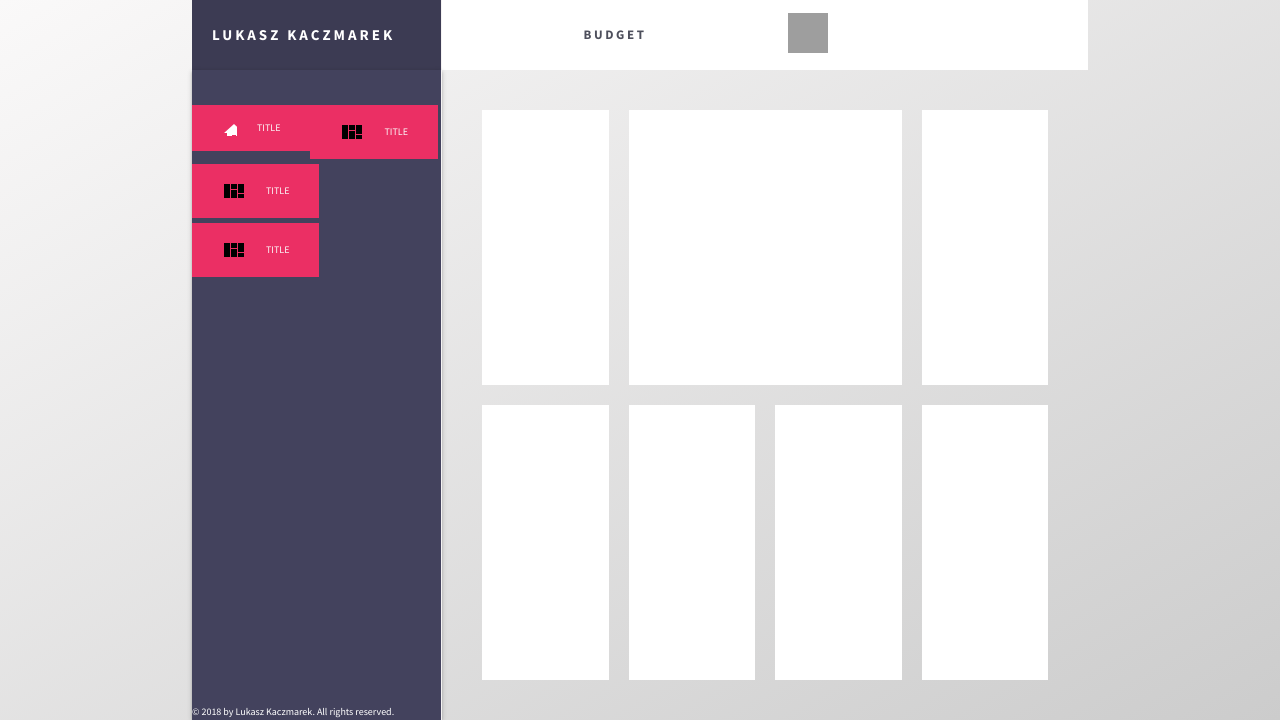
Repository: Archezi/BudgetApplication
Page: index.html
These files come from the project's save history. The page is drawn as it stood at one moment and after the next save; the edit follows.
The browser window is 1280 px wide. The pictures show the whole page.
Pictures or frames that could not be fetched are drawn as grey boxes. The style sheet was rebuilt from its Sass, Less or Tailwind sources for each picture, by a compiler version that may differ from the author's.

Above is the page before, as saved 2018-08-28 22:38:06.

### index.html
<!DOCTYPE html>
<html lang="en">
<head>
    <meta charset="UTF-8">
    <meta name="viewport" content="width=device-width, initial-scale=1.0">
    <meta http-equiv="X-UA-Compatible" content="ie=edge">
    <link href="https://fonts.googleapis.com/css?family=Source+Sans+Pro:300,400,700" rel="stylesheet">
    <!--Import Google Icon Font-->
    <link href="https://fonts.googleapis.com/icon?family=Material+Icons" rel="stylesheet">
    <!--Import materialize.css-->
    <link type="text/css" rel="stylesheet" href="css/materialize.min.css"  media="screen,projection"/>
    <!-- Website style.css-->
    <link rel="stylesheet" href="css/style.comp.css">

    <title>Budget Application</title>

</head>
<body>
   <div class="container">
        <header class="header">
            <div class="logo">
                <h1>Lukasz Kaczmarek</h1>
            </div>
            <div class="page_title">
                <h2>Budget</h2>
            </div>
            <div class="user-nav">
                <div class="user-nav__icon"></div>
                <div class="user-nav__profile">
                    <img src="https://source.unsplash.com/random/40x40" alt="">
                </div>
            </div>
        </header>

        <div class="content">
            <nav class="sidebar">
                <ul class="side-nav">
                    <li class="side-nav__item side-nav__item--active">
                        <a href="#" class="side-nav__link">
                                <svg class="side-nav__icon" style="width:15px;height:15px" viewBox="0 0 15 15">
                                    <path fill="#fff" d="M10,20V14H14V20H19V12H22L12,3L2,12H5V20H10Z" />
                                </svg>
                            <span>Title</span>
                        </a>
                    </li>
                    <li class="side-nav__item side-nav__item--active">
                        <a href="#" class="side-nav__link">
                            <svg class="side-nav__icon" style="width:24px;height:24px" viewBox="0 0 24 24">
                                <path fill="#000000" d="M2,5V19H8V5H2M9,5V10H15V5H9M16,5V14H22V5H16M9,11V19H15V11H9M16,15V19H22V15H16Z" />
                            </svg>
                            <span>Title</span>
                        </a>
                    </li>
                    <li class="side-nav__item side-nav__item--active">
                        <a href="#" class="side-nav__link">
                            <svg class="side-nav__icon" style="width:24px;height:24px" viewBox="0 0 24 24">
                                <path fill="#000000" d="M2,5V19H8V5H2M9,5V10H15V5H9M16,5V14H22V5H16M9,11V19H15V11H9M16,15V19H22V15H16Z" />
                            </svg>
                            <span>Title</span>
                        </a>
                    </li>
                    <li class="side-nav__item side-nav__item--active">
                        <a href="#" class="side-nav__link">
                            <svg class="side-nav__icon" style="width:24px;height:24px" viewBox="0 0 24 24">
                                <path fill="#000000" d="M2,5V19H8V5H2M9,5V10H15V5H9M16,5V14H22V5H16M9,11V19H15V11H9M16,15V19H22V15H16Z" />
                            </svg>
                            <span>Title</span>
                        </a>
                    </li>
                </ul>

                <div class="legal">
                    &copy; 2018 by Lukasz Kaczmarek. All rights reserved.
                </div>
            </nav>

            <div class="main">
                <div class="budget">
                    <div class="income-panel"> </div>
                    <div class="history-panel"></div>
                    <div class="expenses-panel"></div>
                </div>
                <div class="statistics">
                    <div class="net-profit-panel"></div>
                    <div class="tax-panel"></div>
                    <div class="savings-panel"></div>
                    <div class="projections"></div>

                </div>
            </div>

        </div>
   </div>

   <!-- Compiled and minified JavaScript -->
   <script src="https://cdnjs.cloudflare.com/ajax/libs/materialize/1.0.0-rc.2/js/materialize.min.js"></script>
</body>
</html>

### sass/main.scss
@import "base/reset";
@import "base/base";
@import "base/typography";

@import "abstracts/variables";
@import "components/mainComponent";
@import "components/layout";

### sass/base/_base.scss
:root {
    --color-primary: #eb2f64;
    --color-primary-light: #FF3366;
    --color-primary-dark: #BA265D;

    --color-background-dark: #3C3B53;
    --color-background-light: #43425D;

    --color-grey-light-1: #faf9f9;
    --color-grey-light-2: #f4f2f2;
    --color-grey-light-3: #f0eeee;
    --color-grey-light-4: #ccc;

    --color-grey-dark-1: #333;
    --color-grey-dark-2: #4D4F5C;
    --color-grey-dark-3: #999;
    --color-white: #fff;
    --shadow-dark: 0 2rem 6rem rgba(0,0,0,.3);
    --shadow-light: 0 2rem 5rem rgba(0,0,0,.06);

    --line: 1px solid var(--color-grey-light-2);
}

$bp-largest: 75em;     // 1200px
$bp-large: 68.75em;    // 1100px
$bp-medium: 56.25em;   // 900px
$bp-small: 37.5em;     // 600px
$bp-smallest: 31.25em; // 500px

* {
    margin: 0;
    padding: 0;
}

*,
*::before,
*::after {
    box-sizing: inherit;
}

html {
    box-sizing: border-box;
    font-size: 62.5%; // 1rem = 10px, 10px/16px = 62.5%

    @media only screen and (max-width: $bp-large) {
        font-size: 50%;
    }
}

body {


    color: var(--color-grey-dark-2);
    background-image: linear-gradient(to right bottom, var(--color-grey-light-1), var(--color-grey-light-4));
    background-size: cover;
    background-repeat: no-repeat;

    min-height: 100vh;
}

### sass/base/_typography.scss
body {

    font-weight: 400;
    line-height: 1.6;
    font-family: 'Source Sans Pro', sans-serif;
    text-rendering: optimizeLegibility;
    -webkit-font-smoothing: antialiased;

}

### sass/abstracts/_variables.scss
$header-height: 7rem;
$sidebar-width: 25rem;

### sass/components/_mainComponent.scss

//////////////////////////////////////////
// Header

.logo {
    width: 25rem;
    padding: 0 2rem;

    border-right: var(--line);
    background: var(--color-background-dark);
    h1 {

        align-self: center;
        font-size: 1.5rem;
        font-weight: 700;
        line-height: 2rem;
        letter-spacing: 0.2em;
        text-transform: uppercase;
        padding: 2.5rem 0;
        color: var(--color-white);

    }
}
.page_title {
    width: 30rem;
    text-align: center;
    h2 {
        font-size: 1.3rem;
        font-weight: 700;
        letter-spacing: 0.2em;
        text-transform: uppercase;
    }
}
.user-nav {
    width: 30rem;
}

.content {

    display: flex;


}

.side-nav {
    font-size: 1.5rem;
    list-style: none;
    margin-top: 3.5rem;

    &__item {
        position: relative;

        &:not(:last-child) {
            margin-bottom: .5rem;
        }
    }
    &__item::before {
        content: "";
        position: absolute;
        top: 0;
        left: 0;
        height: 100%;
        width: 3px;
        background-color: var(--color-primary);
        transform: scaleY(0);
        transition: transform .2s,
                    width .4s cubic-bezier(1,0,0,1) .2s,
                    background-color .1s;
    }

    &__item:hover::before,
    &__item--active::before {
        transform: scaleY(1);
        width: 100%;
    }

    &__item:active::before {
        background-color: var(--color-primary-light);
    }

    &__link:link,
    &__link:visited {
        color: var(--color-grey-light-1);
        text-decoration: none;
        text-transform: uppercase;
        display: block;
        padding: 1.5rem 3rem;
        position: relative;
        z-index: 10;

        display: flex;
        align-items: center;

        @media only screen and (max-width: $bp-medium) {
            justify-content: center;
            padding: 2rem;
        }

        @media only screen and (max-width: $bp-small) {
            flex-direction: column;
            padding: 1.5rem .5rem;
        }
    }

    &__icon {
        width: 1.75rem;
        height: 1.75rem;
        margin-right: 2rem;
        fill: currentColor;

        @media only screen and (max-width: $bp-small) {
            margin-right: 0;
            margin-bottom: .7rem;
            width: 1.5rem;
            height: 1.5rem;
        }
    }
}

### sass/components/_layout.scss
.container {
    max-width: 100%;
    min-height: 100vh;
    margin: 0 auto;

}

.header {
    height: $header-height;
    background: var(--color-white);
    display: flex;
    justify-content: space-between;
    align-items: center;
}
.sidebar {
    border-right: var(--line);
    background-color: var(--color-background-light);
    flex: 0 0 25rem;
    // width: 25rem;
    display: flex;
    flex-direction: column;
    justify-content: space-between;
    height: calc(100vh - 7rem);
}

.main {
    padding: 4rem;
    width: 100%;
    display: grid;
    grid-gap: 2rem;

    .budget {
        display: grid;
        grid-gap: 2rem;
        grid-template-columns: repeat(4, 1fr);
        & > * {
            background: var(--color-white);
        }
        .history-panel {
            grid-column: 2 / span 2;
        }
    }

    .statistics {
        display: grid;
        grid-gap: 2rem;
        grid-template-columns: repeat(4, 1fr);

        & > * {
            background: var(--color-white);
        }

    }
}

Loaded but not shown: css/materialize.min.css (library); sass/base/_reset.scss (common file)

After the next save:
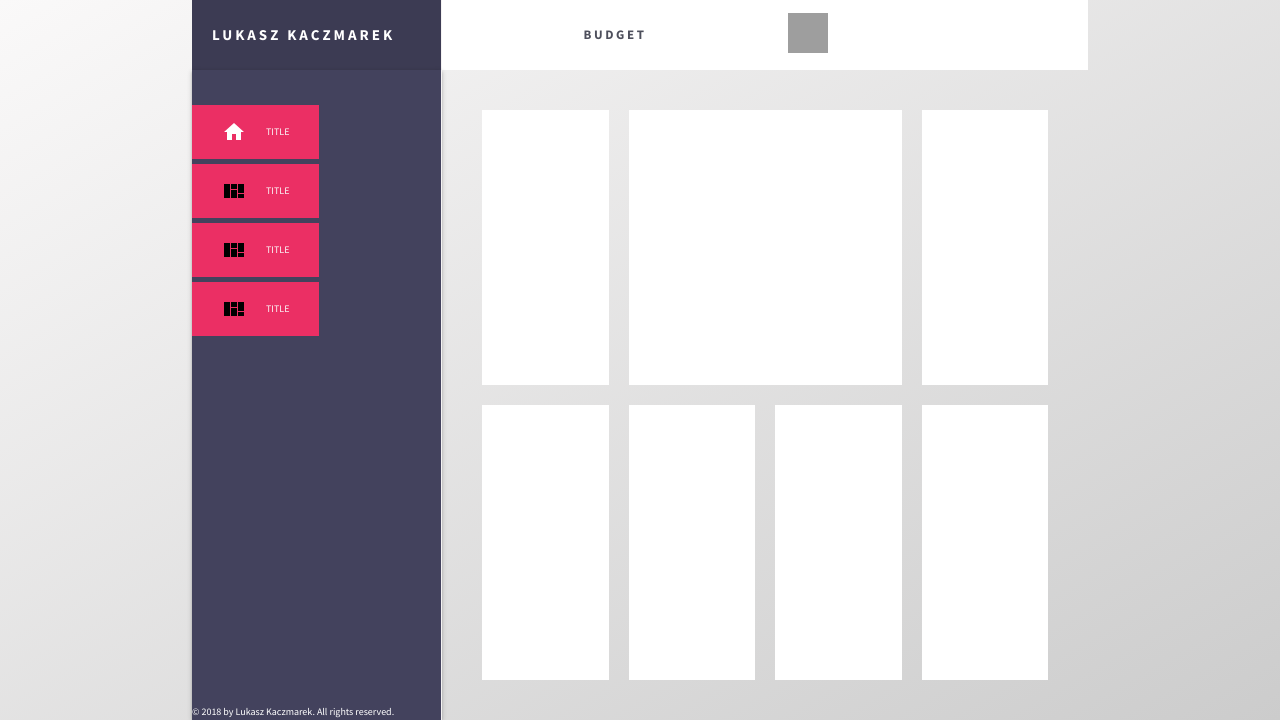
Saved 20 s later.
--- a/index.html
+++ b/index.html
@@ -37,7 +37,7 @@
                 <ul class="side-nav">
                     <li class="side-nav__item side-nav__item--active">
                         <a href="#" class="side-nav__link">
-                                <svg class="side-nav__icon" style="width:15px;height:15px" viewBox="0 0 15 15">
+                                <svg class="side-nav__icon" style="width:24px;height:24px" viewBox="0 0 24 24">
                                     <path fill="#fff" d="M10,20V14H14V20H19V12H22L12,3L2,12H5V20H10Z" />
                                 </svg>
                             <span>Title</span>
